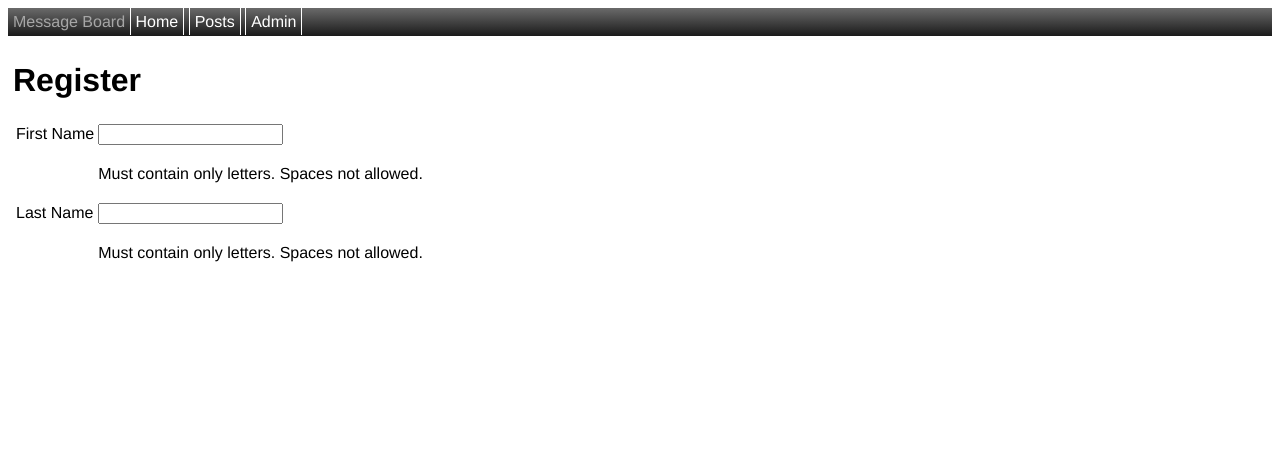
Repository: JesseFo/Whitespace
Page: whitespace/WebContent/WEB-INF/register.html
These files come from the project's save history. The page is drawn as it stood at one moment and after the next save; the edit follows.
The browser window is 1280 px wide. The pictures show the whole page.

Above is the page before, as saved 2015-10-15 07:56:50.

After the next save:
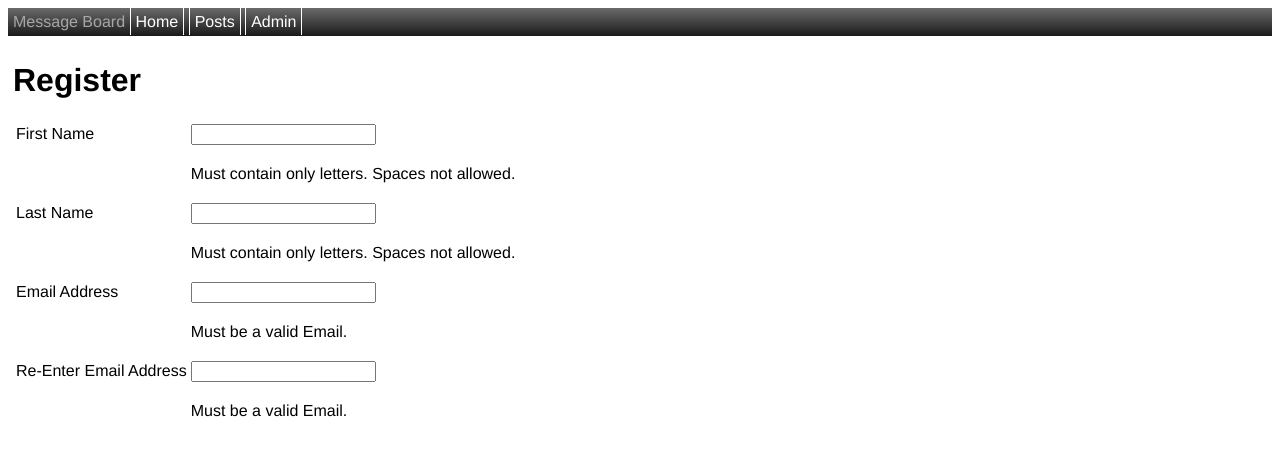
Saved 3 min 10 s later.
--- a/whitespace/WebContent/WEB-INF/register.html
+++ b/whitespace/WebContent/WEB-INF/register.html
@@ -36,6 +36,22 @@
 							<td>&nbsp;</td>
 							<td><p>Must contain only letters. Spaces not allowed.</p></td>
 						</tr>
+						<tr>
+							<td>Email Address</td>
+							<td><input type="text" name="email" /></td>
+						</tr>
+						<tr>
+							<td>&nbsp;</td>
+							<td><p>Must be a valid Email.</p></td>
+						</tr>
+						<tr>
+							<td>Re-Enter Email Address</td>
+							<td><input type="text" name="email2" /></td>
+						</tr>
+						<tr>
+							<td>&nbsp;</td>
+							<td><p>Must be a valid Email.</p></td>
+						</tr>
 					</table>
 				</form>
 			</div>
